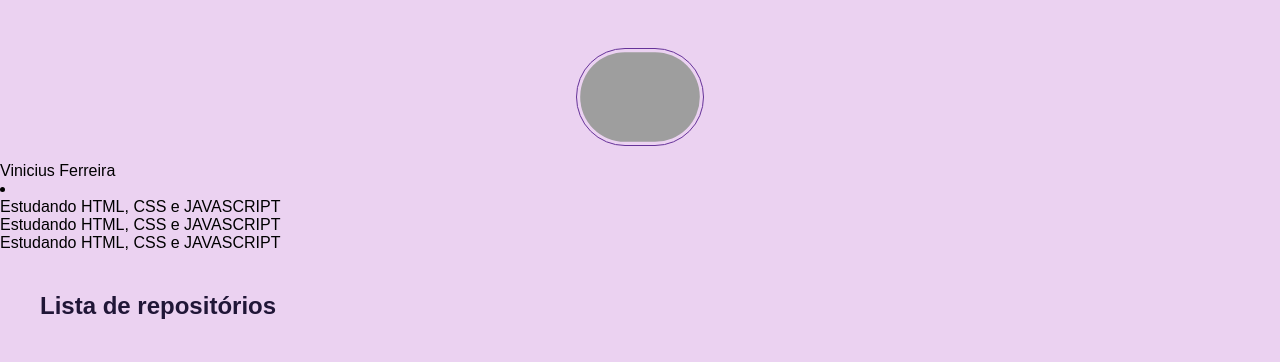
Repository: viniciusfg05/AnnotationReacts
Page: /
The author's editor kept a copy of each file at every save. The page is drawn from the files as they stood at one save, then again after the next save.
The browser window is 1280 px wide. The pictures show the whole page.
Pictures or frames that could not be fetched are drawn as grey boxes. The page's requests for data from a server got no answer. The project was rebuilt for these pictures with package versions that can differ from the ones it lists, and the page was loaded fresh each time. No one was signed in, and anything a server would have sent is missing. Also part of the build but not shown: webpack.config.js, src/components/RepositoryItens.tsx.

Above is the page before, as saved 2022-02-18 14:41:22.

After the next save:
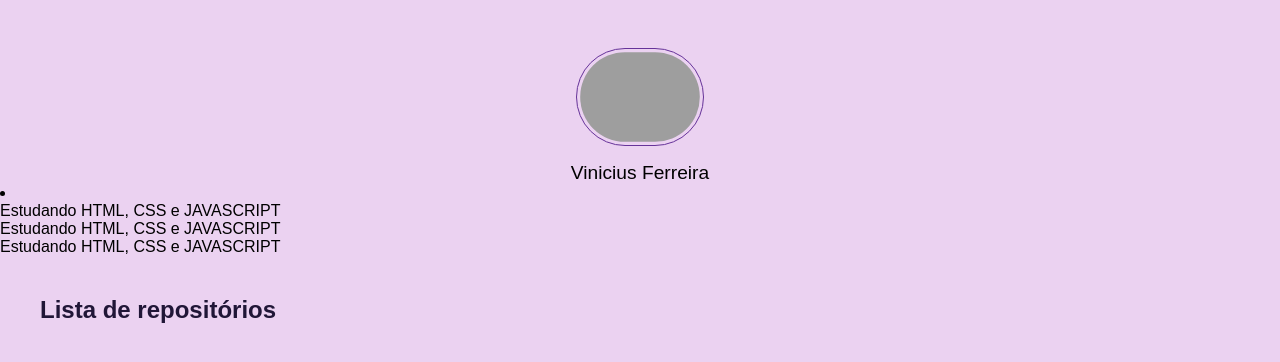
Saved 14 s later.
--- a/src/components/Profile.tsx
+++ b/src/components/Profile.tsx
@@ -13,8 +13,10 @@ export function Profile() {
       <div className="Content">
         <div className="perfil">
           <img src="https://avatars.githubusercontent.com/u/68232658?v=4" alt="Foto de perfil" />
+
+          <p>Vinicius Ferreira</p>
         </div>
-        <p>Vinicius Ferreira</p>
+
         <li>
           <ul>Estudando HTML, CSS e JAVASCRIPT</ul>
           <ul>Estudando HTML, CSS e JAVASCRIPT</ul>
